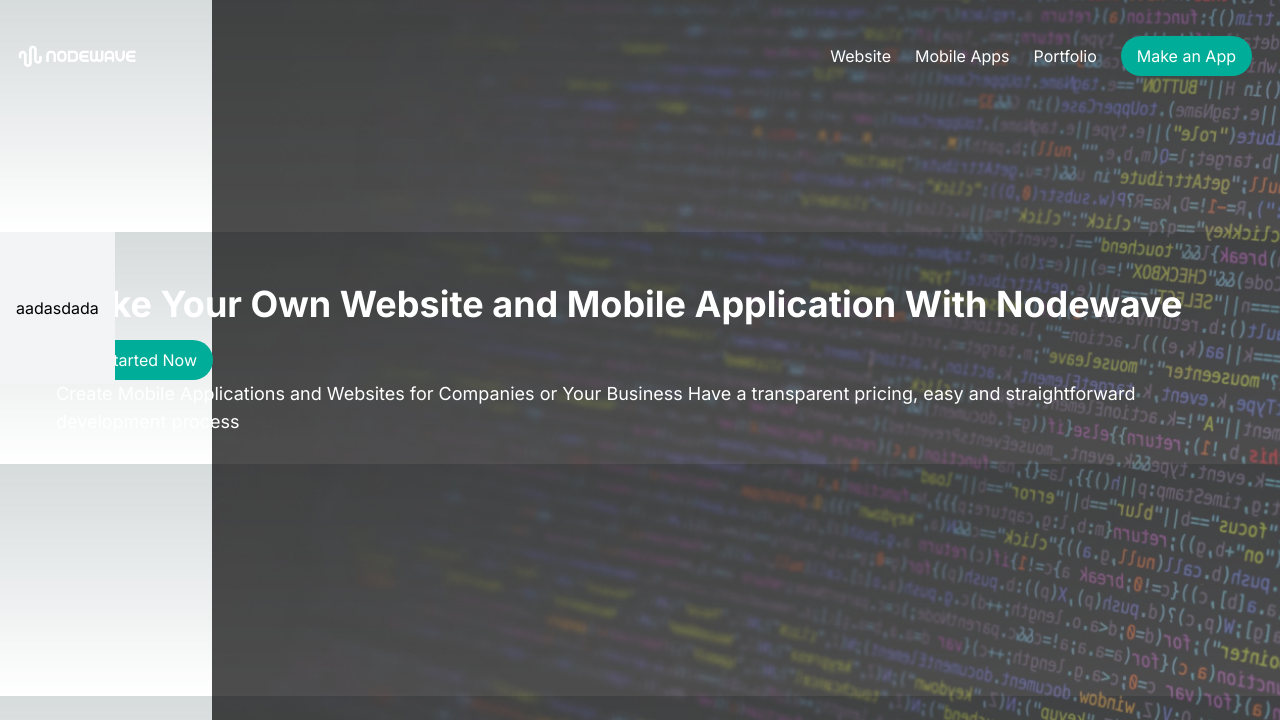
Repository: farrelmuhammad/nodewave
Page: /
The author's editor kept a copy of each file at every save. The page is drawn from the files as they stood at one save, then again after a run of saves.
The browser window is 1280 px wide. The pictures show the whole page.
The project was rebuilt for these pictures with package versions that can differ from the ones it lists, and the page was loaded fresh each time. The framework's server and built-in components were replaced by stand-ins that run in the browser. Also part of the build but not shown: next.config.js.

Above is the page before, as saved 2023-09-08 13:45:11.

After the next 2 saves:
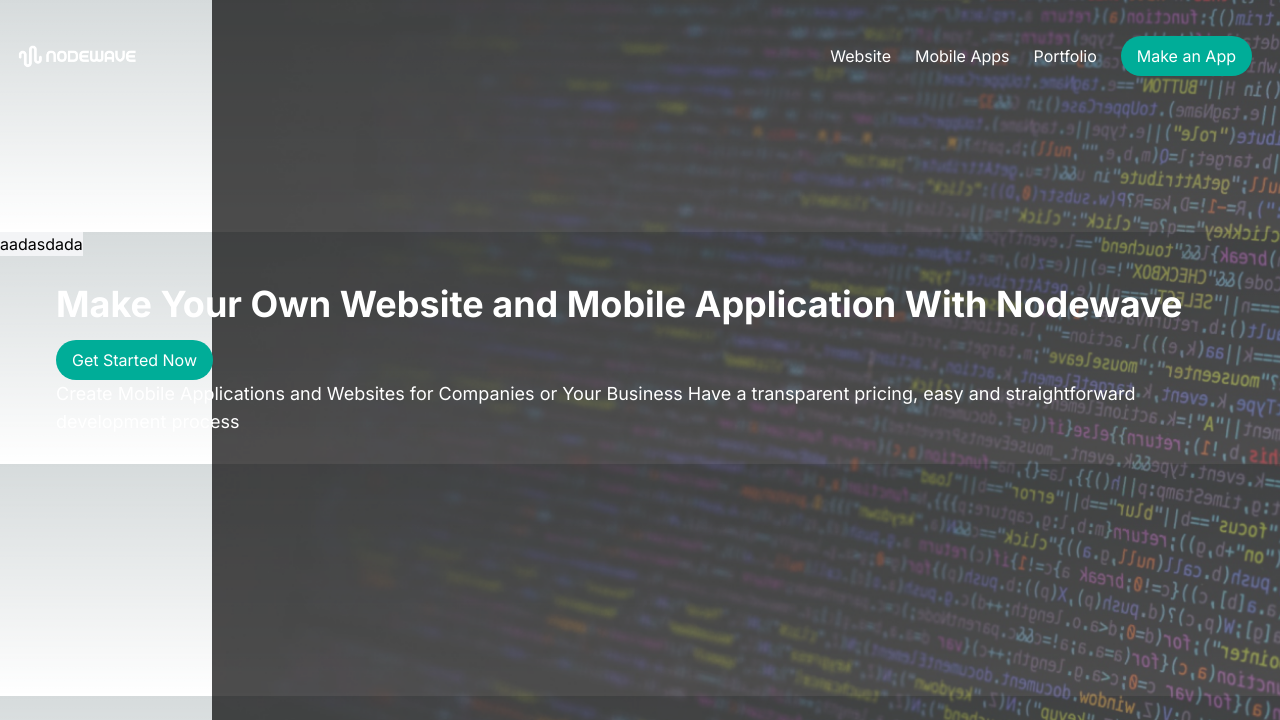
The 2 saves are shown as one change because they came seconds apart.
The last was saved 37 s later.
--- a/src/components/Product.jsx
+++ b/src/components/Product.jsx
@@ -2,7 +2,7 @@
 
 const Product = () => {
   return (
-    <section class=" absolute flex bg-gray-100 py-16 px-4">aadasdada</section>
+    <section class="absolute flex bg-gray-100">aadasdada</section>
   );
 };
 

After the save that followed:
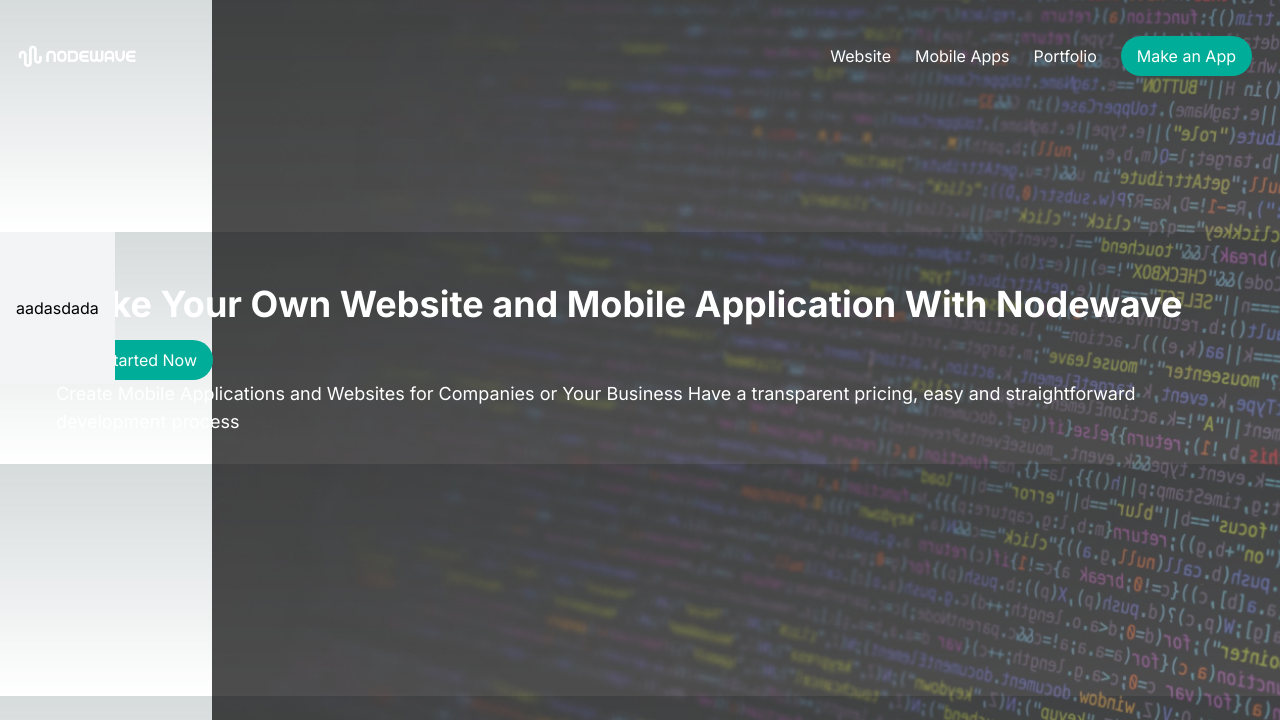
Saved 6 s later.
--- a/src/components/Product.jsx
+++ b/src/components/Product.jsx
@@ -2,7 +2,7 @@
 
 const Product = () => {
   return (
-    <section class="absolute flex bg-gray-100">aadasdada</section>
+    <section class="absolute flex bg-gray-100 py-16 px-4">aadasdada</section>
   );
 };
 
